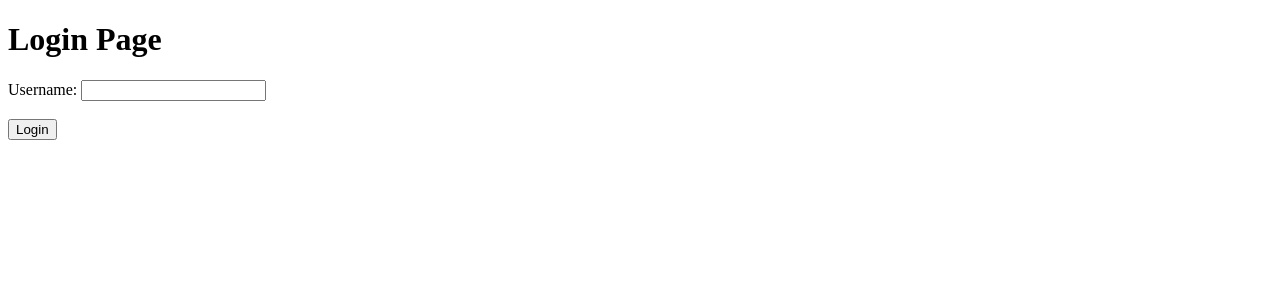
Repository: Slyadavkir/wipro-projects
Page: http://localhost/SpringMvcJavaConf/Login
The author's editor kept a copy of each file at every save. The page is drawn from the files as they stood at one save, then again after the next save.
The browser window is 1280 px wide. The pictures show the whole page.
The page is served by Tomcat 9. Other server files are loaded and not shown.

Above is the page before, as saved 2026-05-07 07:54:27.

### SpringMvcJavaConf/src/main/webapp/WEB-INF/pages/LoginPage.jsp
<%@ page language="java"
    contentType="text/html; charset=ISO-8859-1"
    pageEncoding="ISO-8859-1"%>

<!DOCTYPE html>
<html>
<head>
<meta charset="ISO-8859-1">
<title>Login Page</title>
</head>

<body>

<h1>Login Page</h1>

<form action="welcome">

    Username:
    <input type="text" name="uname">

    <br><br>

    <input type="submit" value="Login">

</form>

</body>
</html>

After the next save:
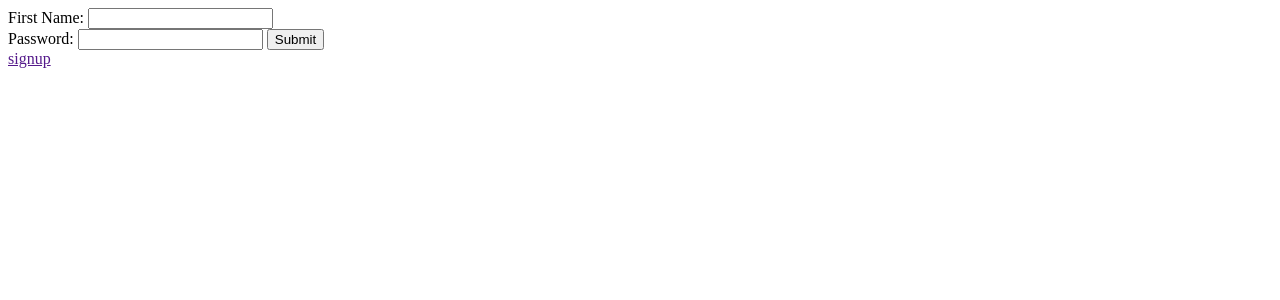
Saved 99 s later.
--- a/SpringMvcJavaConf/src/main/webapp/WEB-INF/pages/LoginPage.jsp
+++ b/SpringMvcJavaConf/src/main/webapp/WEB-INF/pages/LoginPage.jsp
@@ -1,28 +1,18 @@
-<%@ page language="java"
-    contentType="text/html; charset=ISO-8859-1"
-    pageEncoding="ISO-8859-1"%>
-
 <!DOCTYPE html>
 <html>
 <head>
 <meta charset="ISO-8859-1">
-<title>Login Page</title>
+<title>Insert title here</title>
 </head>
+<body>
+      <form action = "login" method = "POST">
+         First Name: <input type = "text"  name="username">
+         <br />
+         Password: <input type = "text" name = "password" />
+         <input type = "submit" value = "Submit" />
+      </form>
+   </body>
 
-<body>
+   <a href="">signup</a>
 
-<h1>Login Page</h1>
-
-<form action="welcome">
-
-    Username:
-    <input type="text" name="uname">
-
-    <br><br>
-
-    <input type="submit" value="Login">
-
-</form>
-
-</body>
 </html>
